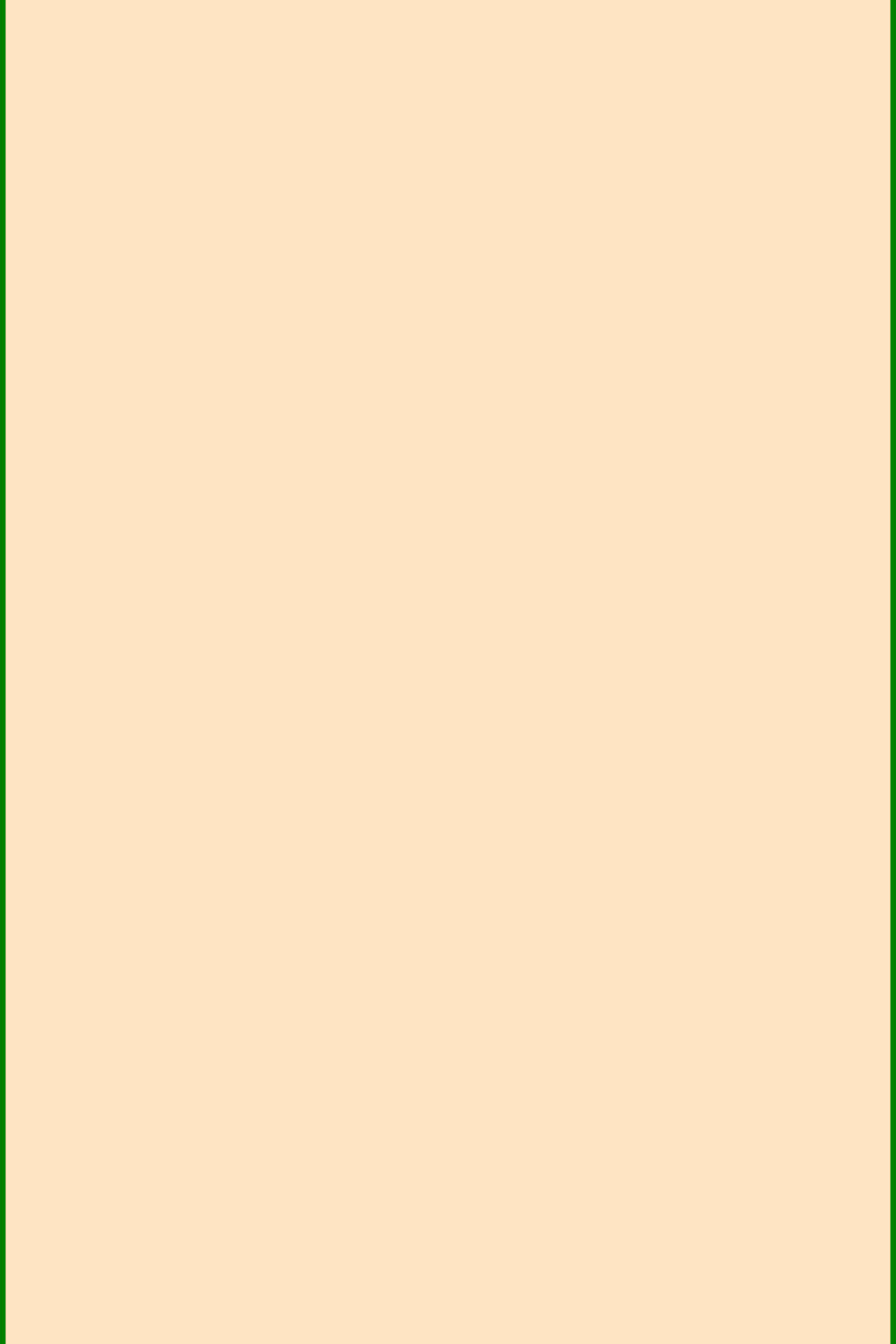
Repository: nguyenlejoe/Dynamic_notSoSherlock
Page: MultiChoice/MultiChoice.html
These files come from the project's save history. The page is drawn as it stood at one moment and after the next save; the edit follows.
The browser window is 1280 px wide. The pictures show the part of the page from y = 694 to 2614 px (the page is 4840 px tall before and 952 px after), at 70% of full size.

Above is the page before, as saved 2020-03-05 18:36:49.

### MultiChoice/MultiChoice.html
<!DOCTYPE html>
<html>
    <head>
        <title>Inductive Thinking</title>
        <link rel="stylesheet" href="MultiChoice.css">
    </head>
    <body>
        <div id="app">
            <div id="crimeScene">
                <div class="evidence" id=""></div>
                <div class="evidence" id=""></div>
                <div class="evidence" id=""></div>
            </div>
            <div id="multiChoice">
                <button id="buttonA">Choice 1</button>
                <button id="buttonB">Choice 2</button>
                <button id="buttonC">Choice 3</button>
        </div>
        </div>
    </body>

</html>

### MultiChoice/MultiChoice.css

body{
    background-color: green;
}
#app{
    display: flex;
    flex-direction: column;
    align-items: center;
}

#crimeScene{
    height: 70vh;
    width: 97vw;
    background-color: grey;
}

#multiChoice{
    background-color:bisque;
    width: 100%;
    height: 600vh;
}

After the next save:
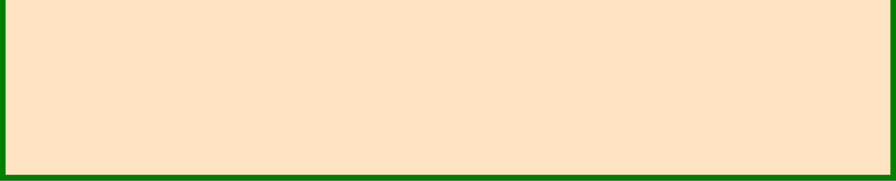
Saved 4 s later.
--- a/MultiChoice/MultiChoice.css
+++ b/MultiChoice/MultiChoice.css
@@ -17,5 +17,5 @@ body{
 #multiChoice{
     background-color:bisque;
     width: 100%;
-    height: 600vh;
+    height: 60vh;
 }
